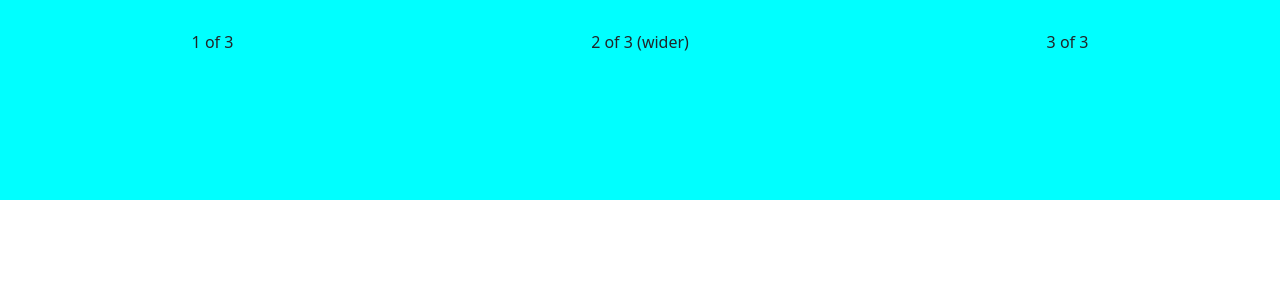
Repository: golddrone7/front
Page: http://localhost/project03/naver/index.jsp
The author's editor kept a copy of each file at every save. The page is drawn from the files as they stood at one save, then again after a run of saves.
The browser window is 1280 px wide. The pictures show the whole page.
The page is served by Tomcat 9.

Above is the page before, as saved 2023-02-28 06:57:24.

After the next 2 saves:
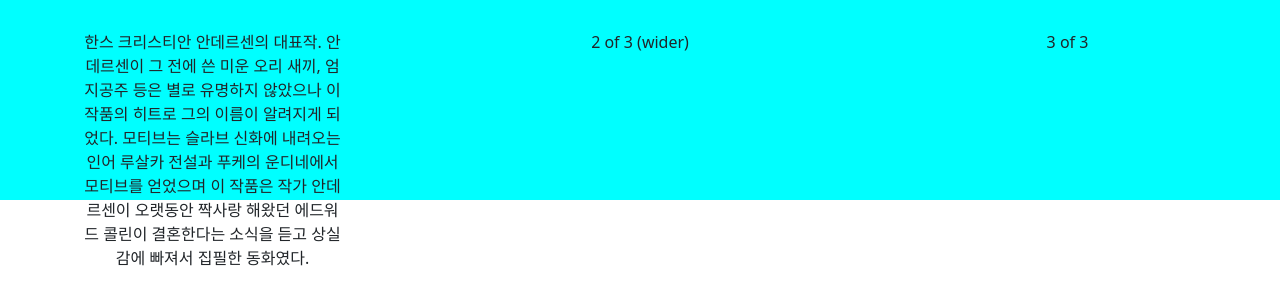
The 2 saves are shown as one change because they came seconds apart.
The last was saved 26 s later.
--- a/project03/naver/index.jsp
+++ b/project03/naver/index.jsp
@@ -17,6 +17,10 @@
 	width: 100%;
 	padding: 30px;
 }
+
+div {
+	overflow: hidden;
+}
 </style>
 </head>
 <body>
@@ -24,7 +28,7 @@
 <div class="container text-center">
   <div class="row">
     <div class="col">
-      1 of 3
+     한스 크리스티안 안데르센의 대표작. 안데르센이 그 전에 쓴 미운 오리 새끼, 엄지공주 등은 별로 유명하지 않았으나 이 작품의 히트로 그의 이름이 알려지게 되었다. 모티브는 슬라브 신화에 내려오는 인어 루살카 전설과 푸케의 운디네에서 모티브를 얻었으며 이 작품은 작가 안데르센이 오랫동안 짝사랑 해왔던 에드워드 콜린이 결혼한다는 소식을 듣고 상실감에 빠져서 집필한 동화였다.
     </div>
     <div class="col-6">
       2 of 3 (wider)

After the save that followed:
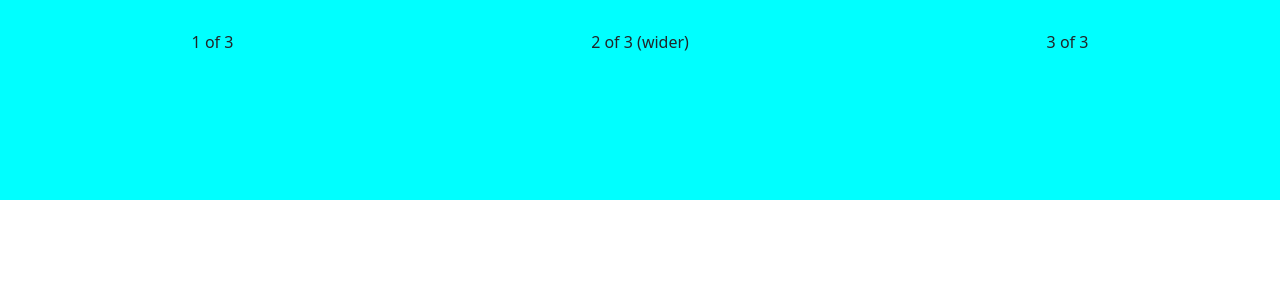
Saved 15 s later.
--- a/project03/naver/index.jsp
+++ b/project03/naver/index.jsp
@@ -28,7 +28,7 @@
 <div class="container text-center">
   <div class="row">
     <div class="col">
-     한스 크리스티안 안데르센의 대표작. 안데르센이 그 전에 쓴 미운 오리 새끼, 엄지공주 등은 별로 유명하지 않았으나 이 작품의 히트로 그의 이름이 알려지게 되었다. 모티브는 슬라브 신화에 내려오는 인어 루살카 전설과 푸케의 운디네에서 모티브를 얻었으며 이 작품은 작가 안데르센이 오랫동안 짝사랑 해왔던 에드워드 콜린이 결혼한다는 소식을 듣고 상실감에 빠져서 집필한 동화였다.
+      1 of 3
     </div>
     <div class="col-6">
       2 of 3 (wider)
